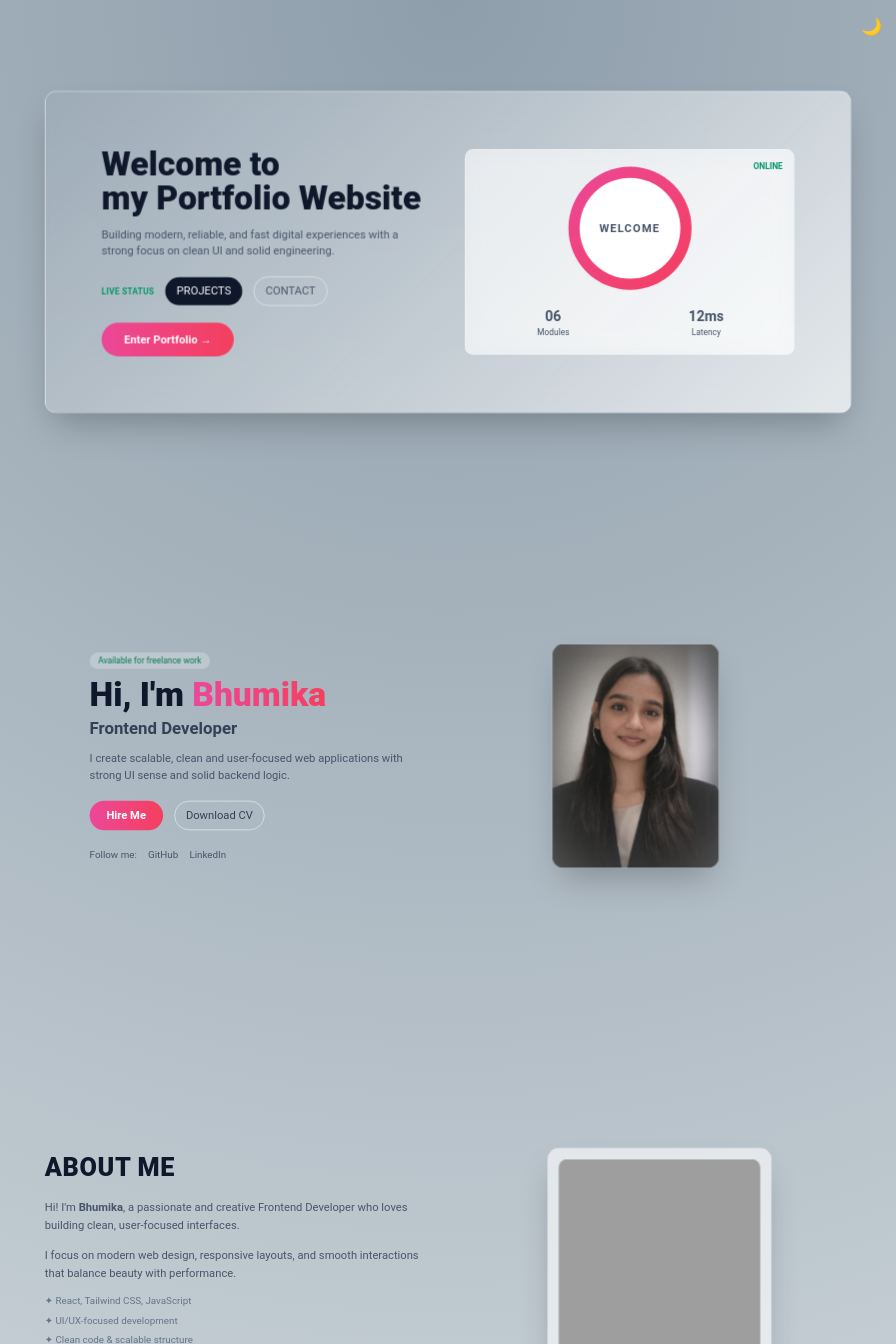
Repository: bhumikamourya/portfolio
Page: /
The author's editor kept a copy of each file at every save. The page is drawn from the files as they stood at one save, then again after the next save.
The browser window is 1280 px wide. The pictures show the part of the page from y = 0 to 1920 px (the page is 5262 px tall), at 70% of full size.
Pictures or frames that could not be fetched are drawn as grey boxes. Some web libraries are served in a nearby version. The project was rebuilt for these pictures with package versions that can differ from the ones it lists, and the page was loaded fresh each time.

Above is the page before, as saved 2026-01-31 12:47:48.

After the next save:
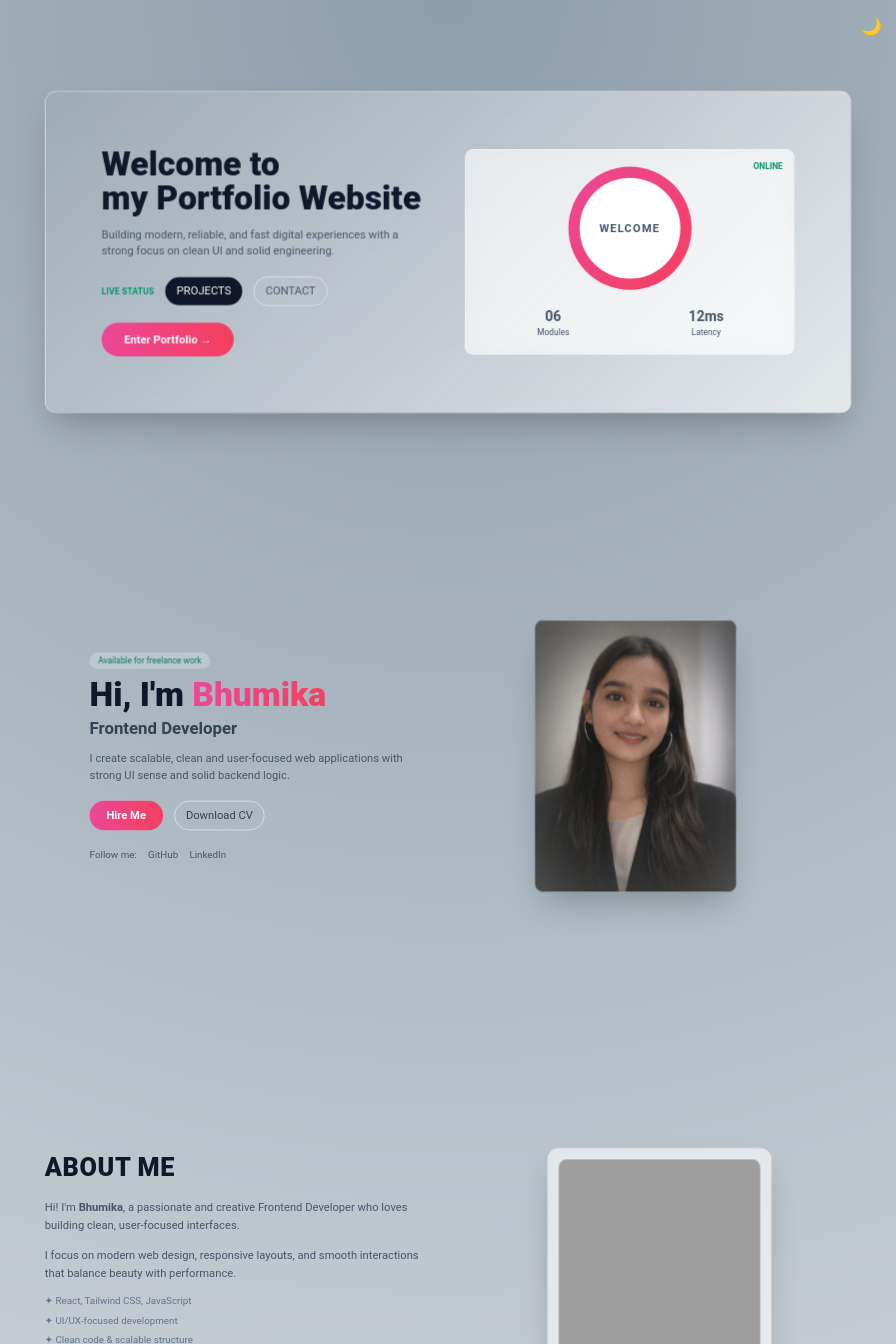
Saved 23 s later.
--- a/src/components/Hero.js
+++ b/src/components/Hero.js
@@ -71,8 +71,7 @@
               <img
                 src="/assets/profile.jpeg"
                 alt="Developer illustration"
-                // className="w-72 h-70 object-cover rounded-xl"
-                className="w-85 h-80 object-cover rounded-2xl"
+                className="w-72 h-70 object-cover rounded-xl"
               />
             </div>
           </div>
